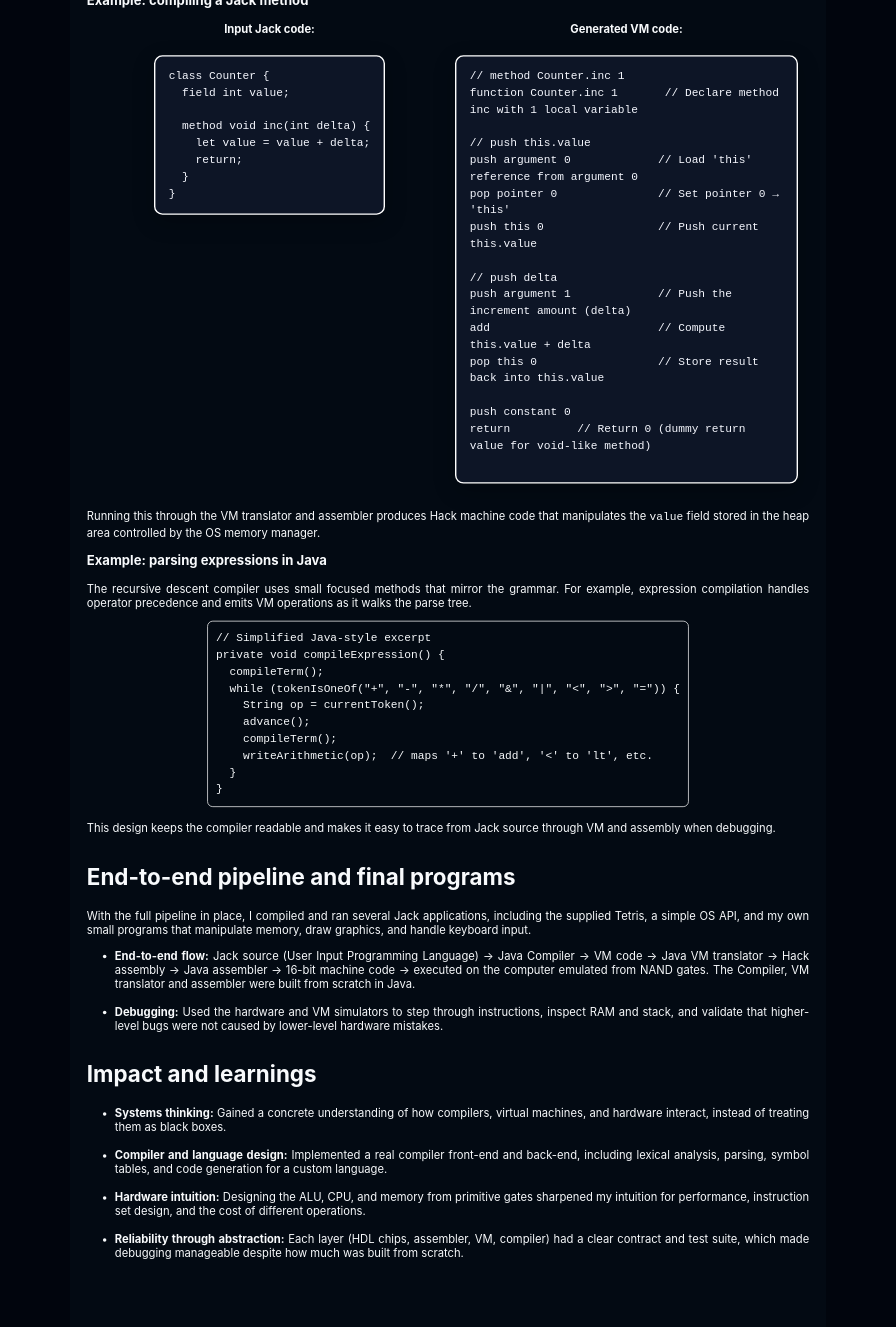
Repository: Abdulaziz-04/Abdulaziz-04.github.io
Page: deepdives/backend_systems/nand2tetris/nand2tetris.html
An editor plug-in stored every save of this project. The page is shown before and after the next save, followed by the edit.
The browser window is 1280 px wide. The pictures show the part of the page from y = 4507 to 6427 px (the page is 6403 px tall before and 6427 px after), at 70% of full size.

Above is the page before, as saved 2025-11-20 21:49:20.

After the next save:
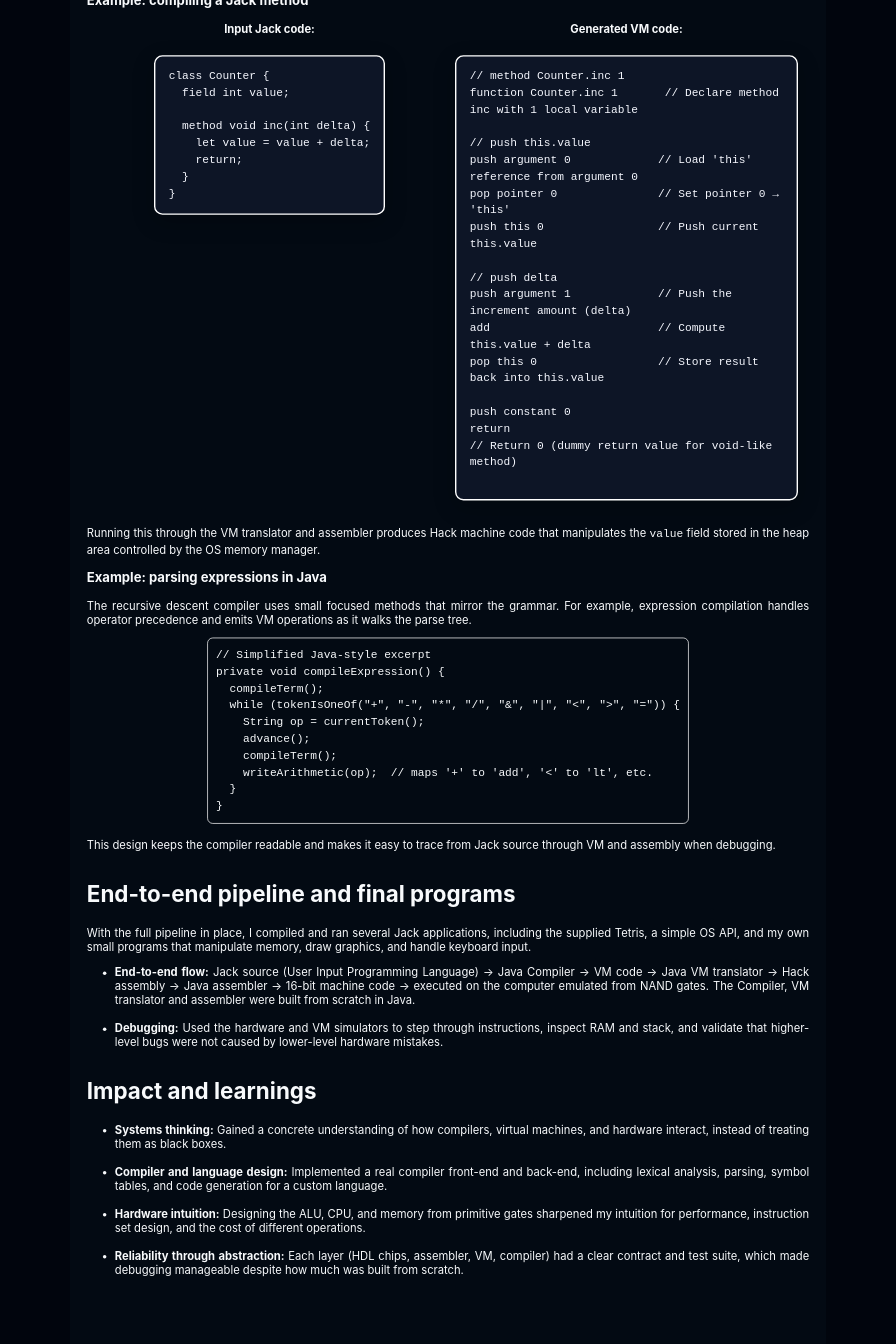
Saved 10 s later.
--- a/deepdives/backend_systems/nand2tetris/nand2tetris.html
+++ b/deepdives/backend_systems/nand2tetris/nand2tetris.html
@@ -496,7 +496,8 @@ add                         // Compute this.value + delta
 pop this 0                  // Store result back into this.value
 
 push constant 0
-return          // Return 0 (dummy return value for void-like method)
+return
+// Return 0 (dummy return value for void-like method)
   </code></pre>
           </div>
         </div>
